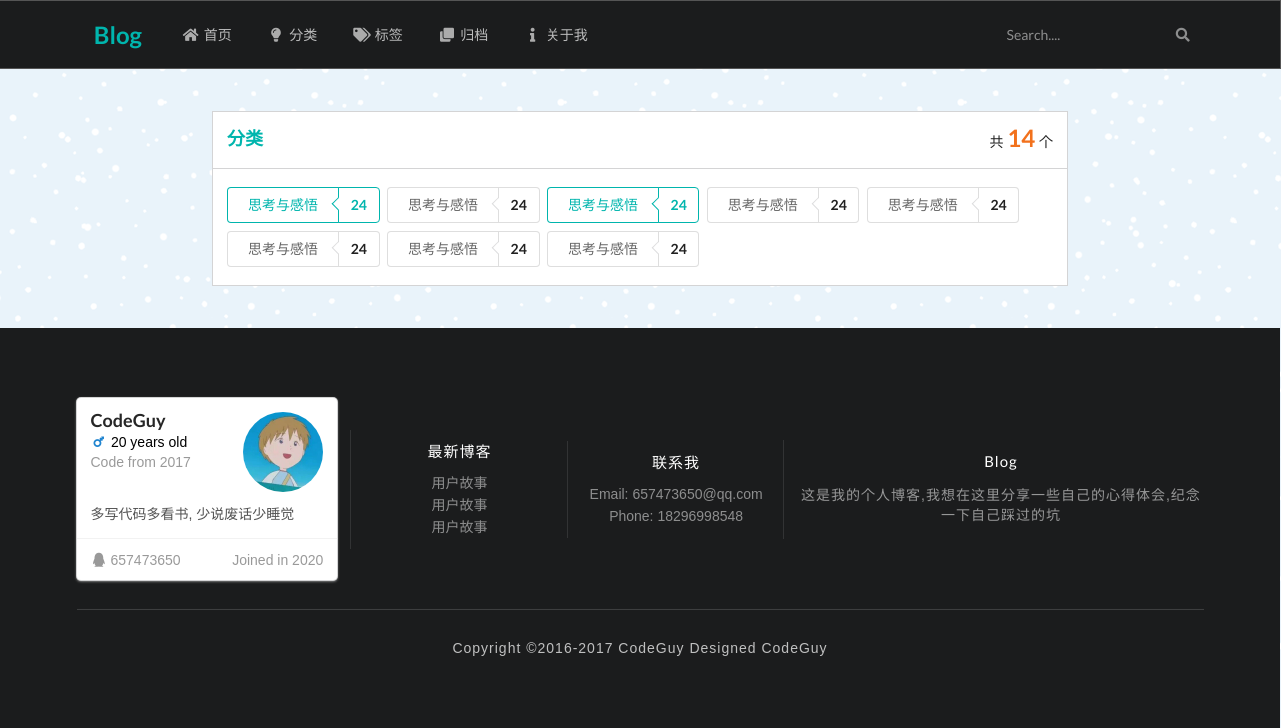
Repository: GOGOHQ/myblog
Page: types.html
The author's editor kept a copy of each file at every save. The page is drawn from the files as they stood at one save, then again after the next save.
The browser window is 1280 px wide. The page is 1281 px wide, so the pictures cover 1281 px, including what lies to the right of the window. The pictures show the whole page.
Some web libraries are served in a nearby version.

Above is the page before, as saved 2020-01-17 18:53:26.

After the next save:
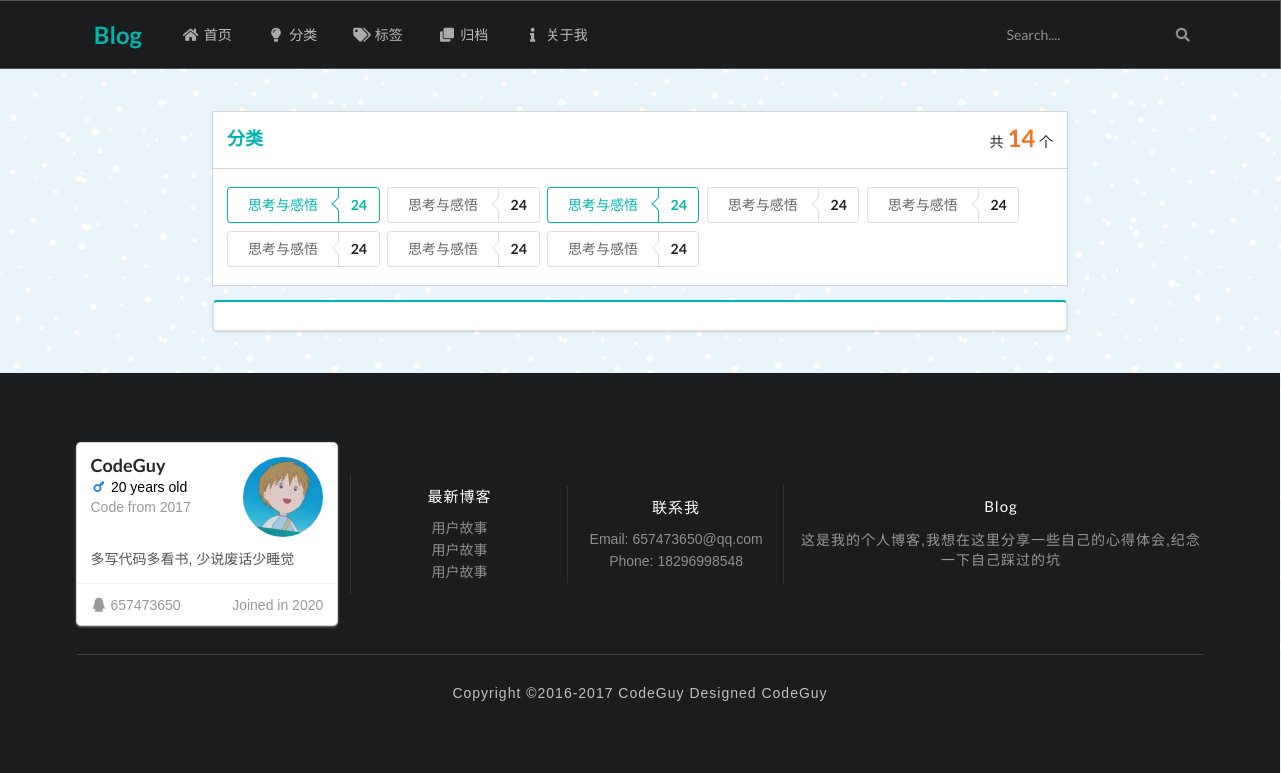
Saved 25 s later.
--- a/types.html
+++ b/types.html
@@ -82,6 +82,7 @@
                 <div class="ui basic  left pointing label">24</div>
             </div>
         </div>
+        <div class="ui teal segment"></div>
     </div>
 </div>
 <!-- 底部 -->
